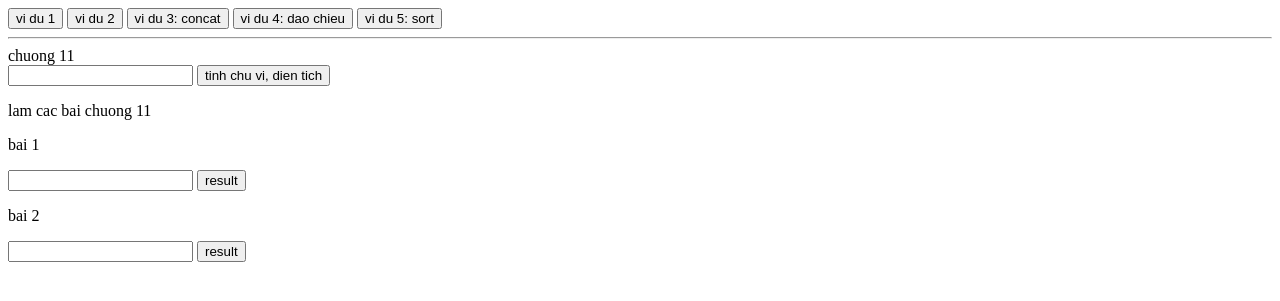
Repository: thanhp6868/ltWeb
Page: 1810/vidu/index.html
An editor plug-in stored every save of this project. The page is shown before and after the next save, followed by the edit.
The browser window is 1280 px wide. The pictures show the whole page.

Above is the page before, as saved 2023-10-18 15:52:31.

After the next save:
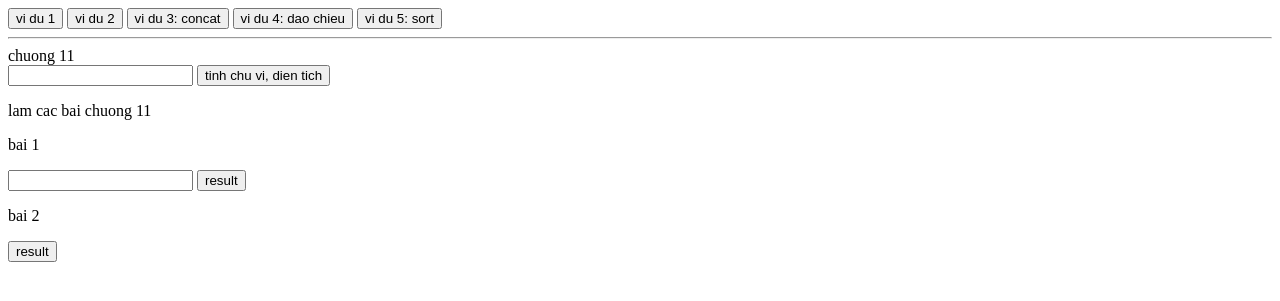
Saved 9 s later.
--- a/1810/vidu/index.html
+++ b/1810/vidu/index.html
@@ -27,7 +27,7 @@
      <p id="result_1"></p>
 
      <p>bai 2</p>
-     <input type="text" id="bai2_text">
+
       <button onclick="bai2()">result</button>
       <p id="result_2"></p>
 </body>
